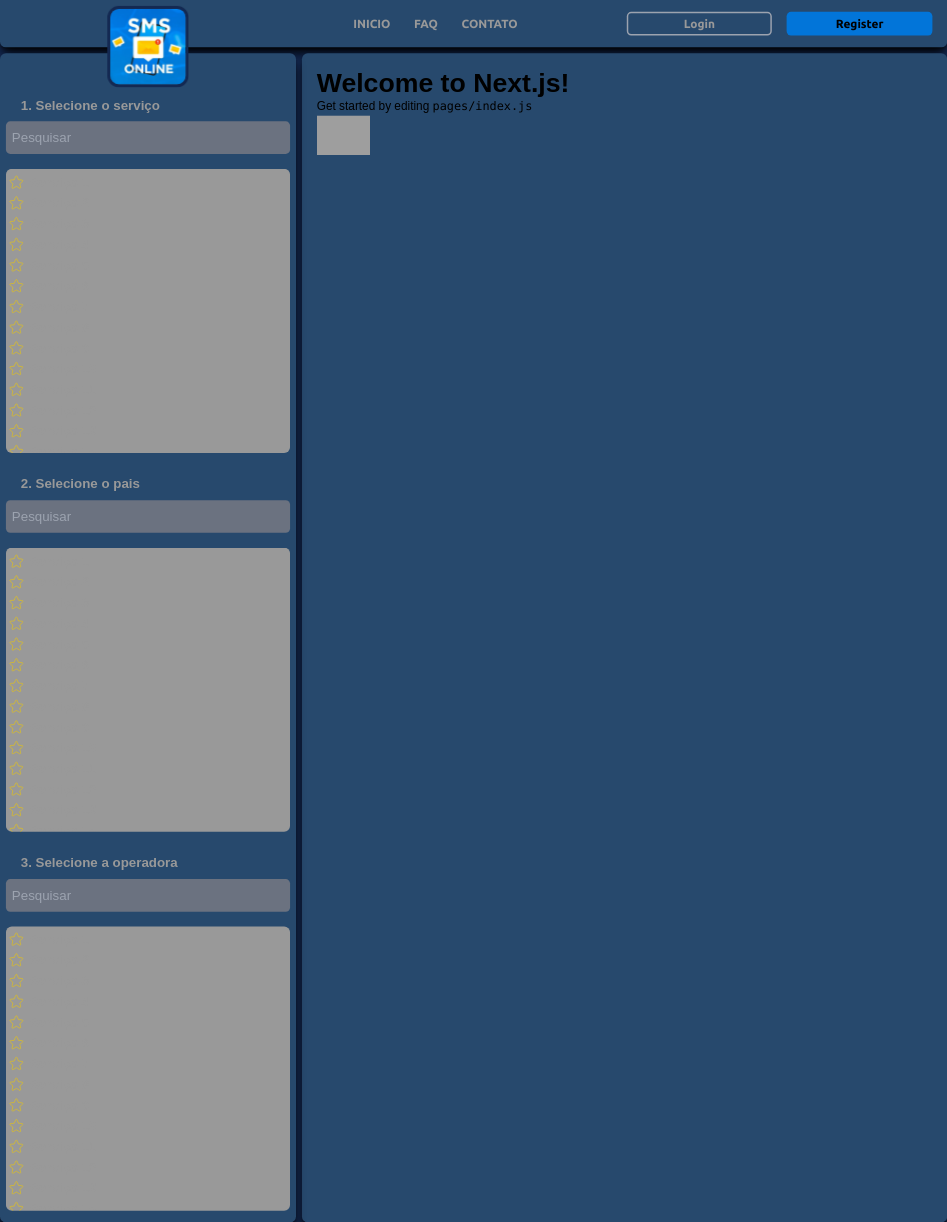
Repository: Felipe-Henrique-Dev/-DIOGO-SMS
Page: /
An editor plug-in stored every save of this project. The page is shown before and after the next save, followed by the edit.
The browser window is 1280 px wide. The pictures show the whole page, at 74% of full size.
Pictures or frames that could not be fetched are drawn as grey boxes. The project was rebuilt for these pictures with package versions that can differ from the ones it lists, and the page was loaded fresh each time. The framework's server and built-in components were replaced by stand-ins that run in the browser. Also part of the build but not shown: next.config.ts.

Above is the page before, as saved 2024-12-16 22:44:09.

After the next save:
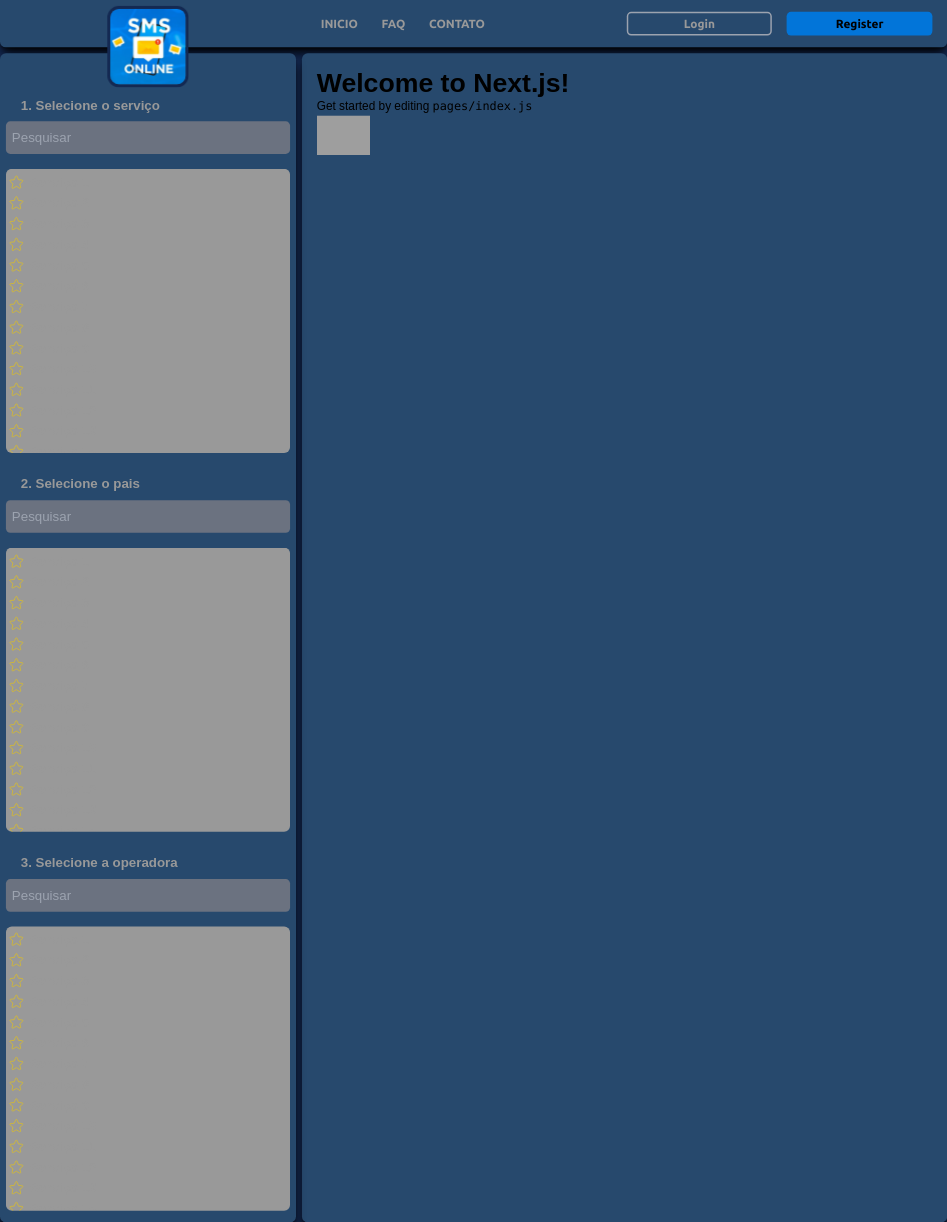
Saved 18 s later.
--- a/src/components/main/Header.tsx
+++ b/src/components/main/Header.tsx
@@ -5,8 +5,8 @@ import { Button } from "./Button";
 export default function Header() {
   return (
     <header className="h-16 bg-background_secondary shadow-lg shadow-black max-w-screen-2xl m-auto top-0 items-center justify-between  flex rounded-b-lg px-5 z-[99] ">
-        <span className="text-white text-lg w-1/4 font-bold"></span>
-        <nav className="flex gap-8 uppercase font-bold font-ubuntu ">
+        <span className="text-white text-lg w-1/3 font-bold"></span>
+        <nav className="flex gap-8 uppercase font-bold font-ubuntu w-1/3 items-start ">
             <a href="#" className="">Inicio</a>
             <a href="#" className="">FAQ</a>
             <a href="#" className="">Contato</a>
